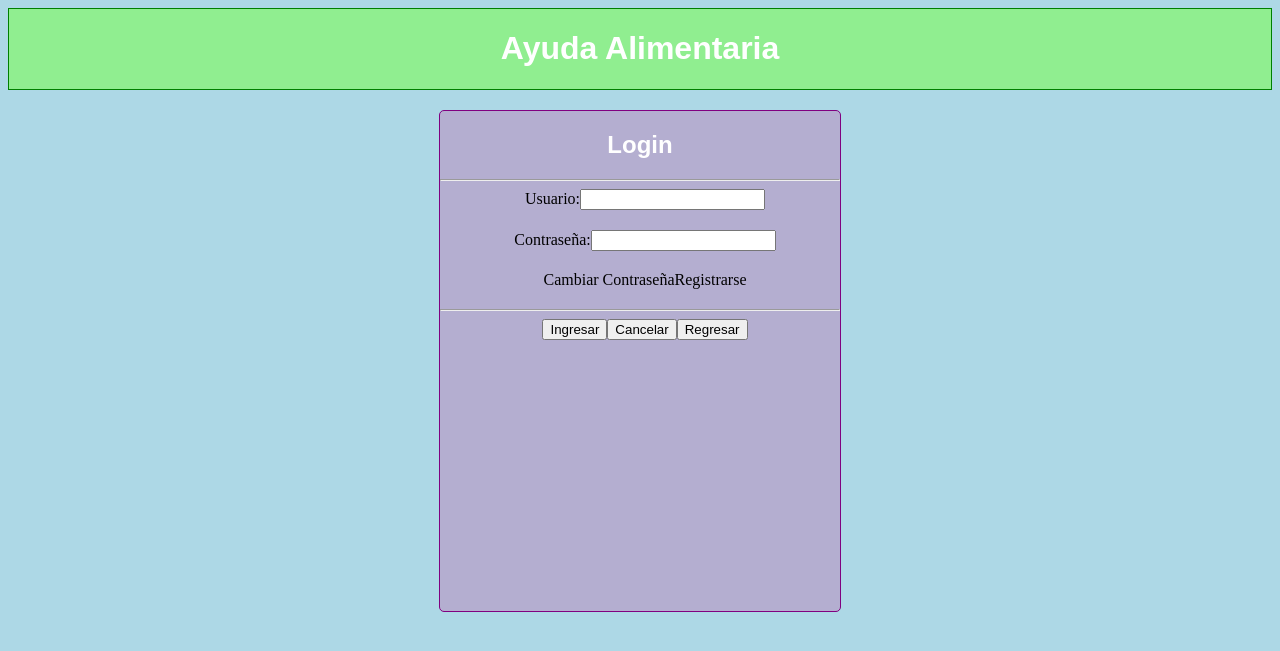
Repository: sonicspeed1/examen1_codigo_bryansantillan
Page: http://localhost/examen_1_bryan_santillan/Login.jsp
These files come from the project's save history. The page is drawn as it stood at one moment and after the next save; the edit follows.
The browser window is 1280 px wide. The pictures show the whole page.
The page is served by Tomcat 9. Other server files are loaded and not shown.

Above is the page before, as saved 2024-05-25 16:52:14.

### examen_1_bryan_santillan/src/main/webapp/Login.jsp
<%@ page language="java" contentType="text/html; charset=UTF-8"
    pageEncoding="UTF-8"%>
<!DOCTYPE html>
<html>
<head>
<meta charset="UTF-8">
<title>Login</title>
<link href="estilo.css" rel="stylesheet"/>
</head>
<body class="cuerpo">
<div class="cuadro">
<h1 class="titulo">Ayuda Alimentaria</h1>
</div>
<div class="container">
    <div class="cuadro2">
 <h2 class="titulo2">Login</h2><hr>
 <form action="login.jsp" method="post">
 <label class="item_login">Usuario: <input type="text" name="usuario"></label>
 <label class="item_login">Contraseña: <input type="password" name="contraseña"></label>
 <div class="item_login">
 <a>Cambiar Contraseña</a>
 <a>Registrarse</a>
 </div><hr>
 <div class="item_login">
  <input value="Ingresar" name="ingresar" type="submit">
 <input value="Cancelar" name="cancelar" type="reset">
 <input value="Regresar" name="regresar" type="submit">
 </div>
 </form>
    </div>
</div>
</body>
</html>

### examen_1_bryan_santillan/src/main/webapp/estilo.css
@charset "UTF-8";
.cuerpo{
	background-color: lightblue;
}
.cuadro{
	background-color:lightgreen;
	border: 1px solid green;
	display: block;

}
.cuadro2 {
    background-color: #b4aed0;
    border-radius: 5px;
    border: 1px solid purple;
    height: 500px;
    width: 400px;
}
.titulo{
	color: white;
	transition: color 0.3s, text-shadow 0.3s;
	font-family: 'Comic Sans MS', cursive, sans-serif;
	 text-align: center;
}

.titulo:hover {
    color: blue;
    text-shadow: 2px 2px 5px rgba(0, 0, 0, 0.5);
}
.menu{
	list-style-type: none;
    padding: 0;
    background-color: #80ff80;
    border: 1px solid green;
    margin: 0 auto;
    }
.item {
    display: inline-block;
    position: relative;
}
.container {
    display: flex;
    justify-content: center;
    align-items: center;
    margin-top: 20px;
}
.titulo2{
	color: white;
	transition: color 0.3s, text-shadow 0.3s;
	font-family: 'Comic Sans MS', cursive, sans-serif;
	 text-align: center;
}

.titulo2:hover {
    color: red;
    text-shadow: 2px 2px 5px rgba(0, 0, 0, 0.5);
}
.item_login{
	   display: flex;
    justify-content: center;
    align-items: center;
    margin-bottom: 20px;
    margin-left: 10px;
}

After the next save:
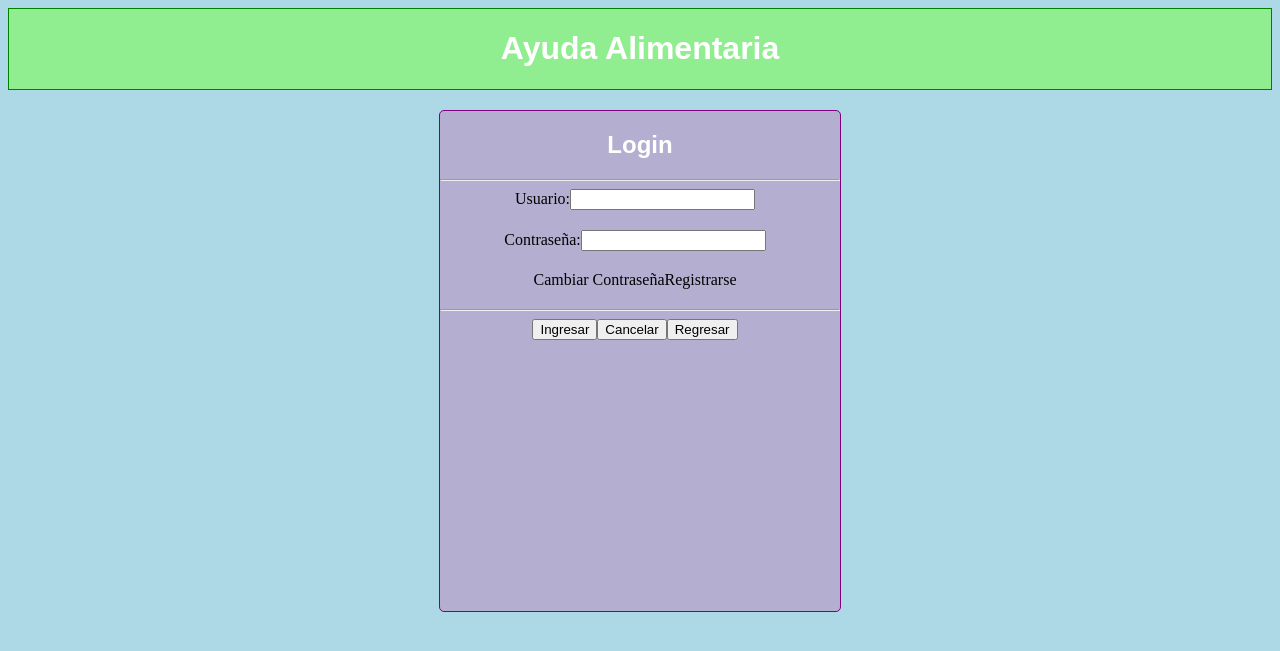
Saved 18 s later.
--- a/examen_1_bryan_santillan/src/main/webapp/estilo.css
+++ b/examen_1_bryan_santillan/src/main/webapp/estilo.css
@@ -59,5 +59,5 @@
     justify-content: center;
     align-items: center;
     margin-bottom: 20px;
-    margin-left: 10px;
+    margin-right: 10px;
 }
